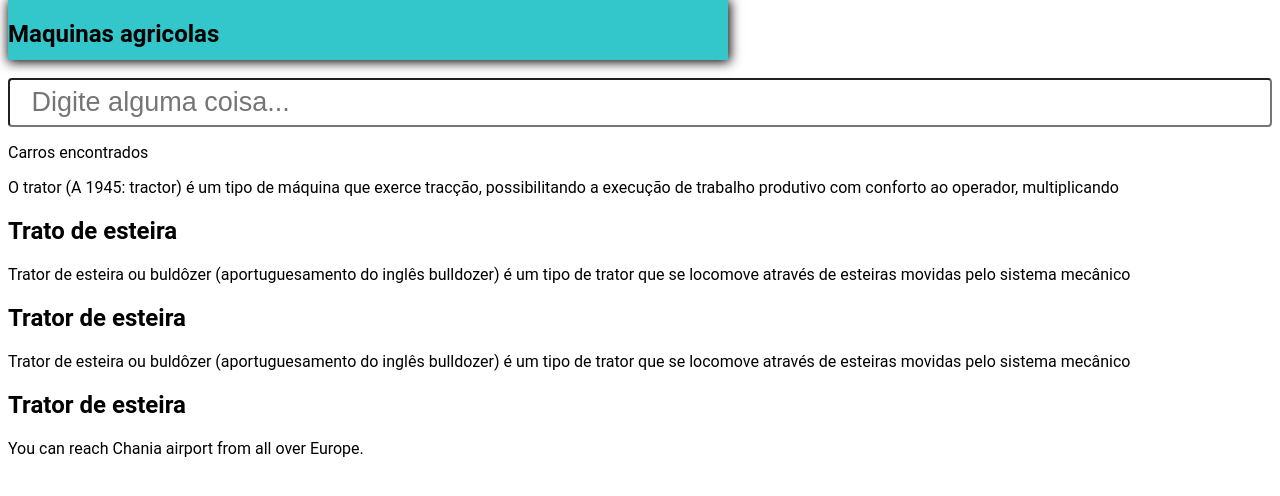
Repository: ecrseer/pesquisa-carros-html
Page: news.html
These files come from the project's save history. The page is drawn as it stood at one moment and after a run of saves; the edit follows.
The browser window is 1280 px wide. The pictures show the whole page.

Above is the page before, as saved 2022-01-21 16:33:27.

### news.html
<!doctype html>

<html lang="pt-br">
  <html lang="pt-br">
    <head>
        <meta charset="UTF-8"/>
        <meta name="viewport" content="width=device-width,
        initial-scale=1.0"/>
        <meta http-equiv="X-UA-Compatible" content="ie=edge">
        <title>Vendarro LTDA</title>

  <link rel="stylesheet" href="news.css">

</head>

<body>
    <nav class="header">
        <h1>Maquinas agricolas</h1>

      </nav>
      <div class="">
        <div class="espaco"></div>
        <div class="row">
               <input type="text" class="maxwidth borda-redonda"
               placeholder="Digite alguma coisa...">
        </div>


        <div class="row">
          <p>Carros encontrados</p>
          <p>O trator (A 1945: tractor) é um tipo de máquina que exerce tracção, possibilitando a execução de trabalho produtivo com conforto ao operador, multiplicando </p>
        </div>

        <div class="col-3 col-s-12">
          <div class="aside">
            <h2>Trato de esteira</h2>
            <p>Trator de esteira ou buldôzer (aportuguesamento do inglês bulldozer) é um tipo de trator que se locomove através de esteiras movidas pelo sistema mecânico</p>
            <h2>Trator de esteira</h2>
            <p>Trator de esteira ou buldôzer (aportuguesamento do inglês bulldozer) é um tipo de trator que se locomove através de esteiras movidas pelo sistema mecânico</p>
            <h2>Trator de esteira</h2>
            <p>You can reach Chania airport from all over Europe.</p>

          </div>
        </div>


      </div>

  <script src="scripts.js"></script>

</body>
</html>

### news.css
* {
    box-sizing: border-box;
    --topbar-altura:60px;
  }

  html {
    font-family: "Roboto","Lucida Sans", sans-serif;
  }
  .espaco{
    height: calc(var(--topbar-altura) + 10px);
  }
  .maxwidth{
    width: 100%;
  }
  .borda-redonda{
    border-radius: 4px;
  }
  input{
    padding: 1vh;
    padding-left: 3vh;
    font-size: 27px;
  }

  .header {
    background-color: #33c7cc;
    position: fixed;
    top:0;
    width: 100vh;
    max-height: var(--topbar-altura);
    box-shadow: 1px 1px 11px 1px;
  }

### scripts.js
function recurs(nmbr){

    if (nmbr==1)
    return 1;
    else
    arr.push(3*recurs(nmbr-1));
}

let
    isWhite = false,
    arr=[];
    let
    fixo=new Array(5);

    fixo[0]='E';
    fixo[4]='S';
    console.log(fixo);


function changeTheme(){
    isWhite ? document.querySelector("body").style.backgroundColor='#010101' :
    document.querySelector("body").style.backgroundColor='#fff';

    isWhite= !isWhite;

    function hapn(){
        console.log('data');
    }

    console.log(arr);
}

After the next 5 saves:
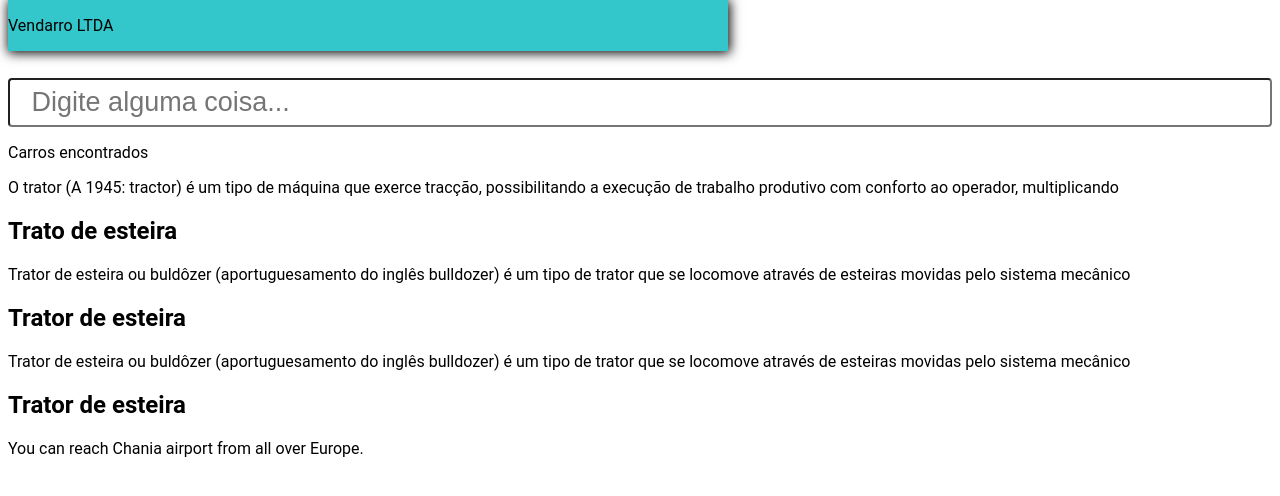
The 5 saves are shown as one change because they came seconds apart.
The last was saved 30 s later.
--- a/news.html
+++ b/news.html
@@ -15,7 +15,7 @@
 
 <body>
     <nav class="header">
-        <h1>Maquinas agricolas</h1>
+      <p>Vendarro LTDA</p>
 
       </nav>
       <div class="">
